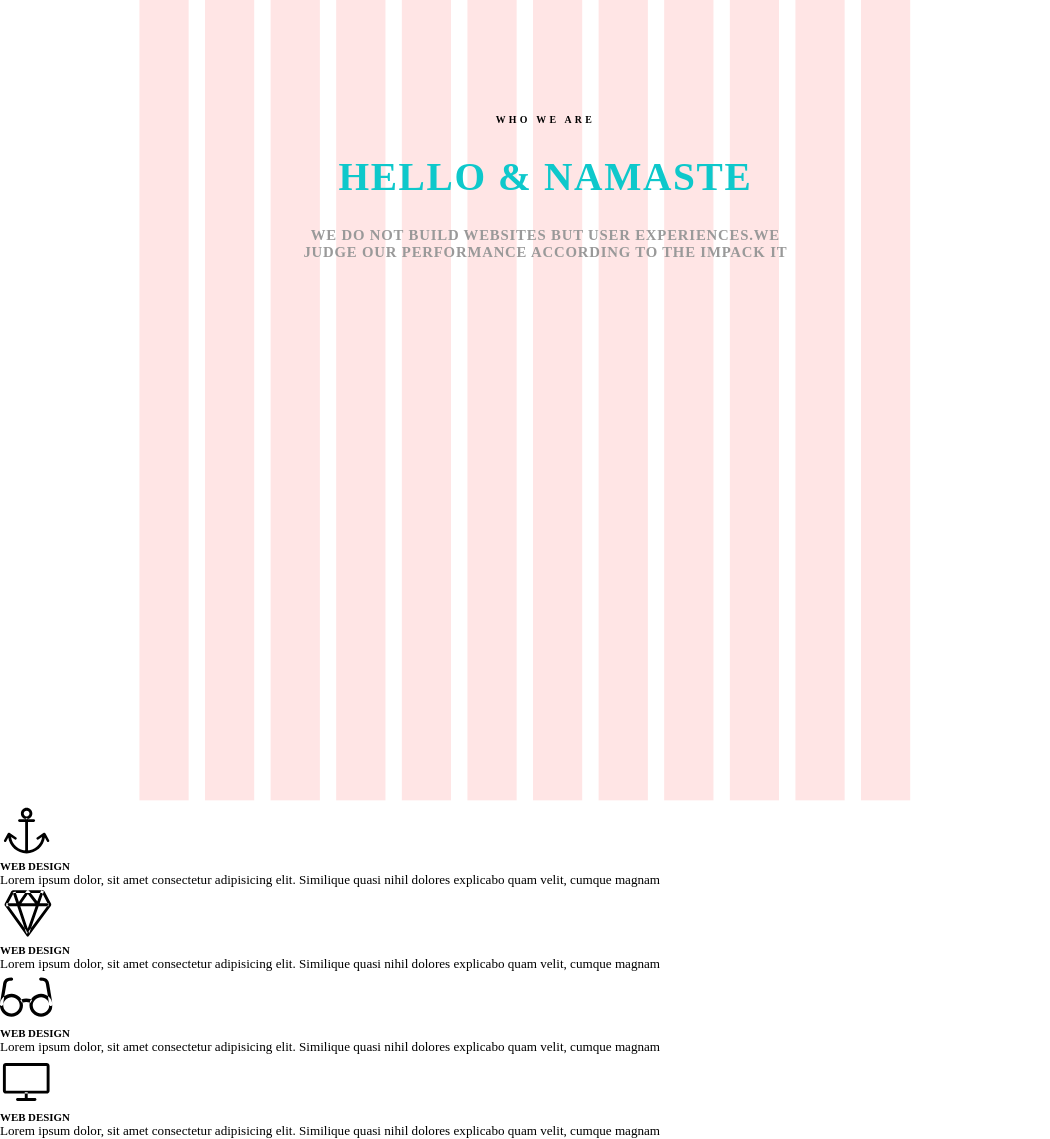
Repository: shpakovskaya/github.io
Page: boxsizing/namastegreen/index.html
An editor plug-in stored every save of this project. The page is shown before and after the next save, followed by the edit.
The browser window is 1280 px wide. The pictures show the whole page, at 82% of full size.

Above is the page before, as saved 2021-11-20 19:41:01.

After the next save:
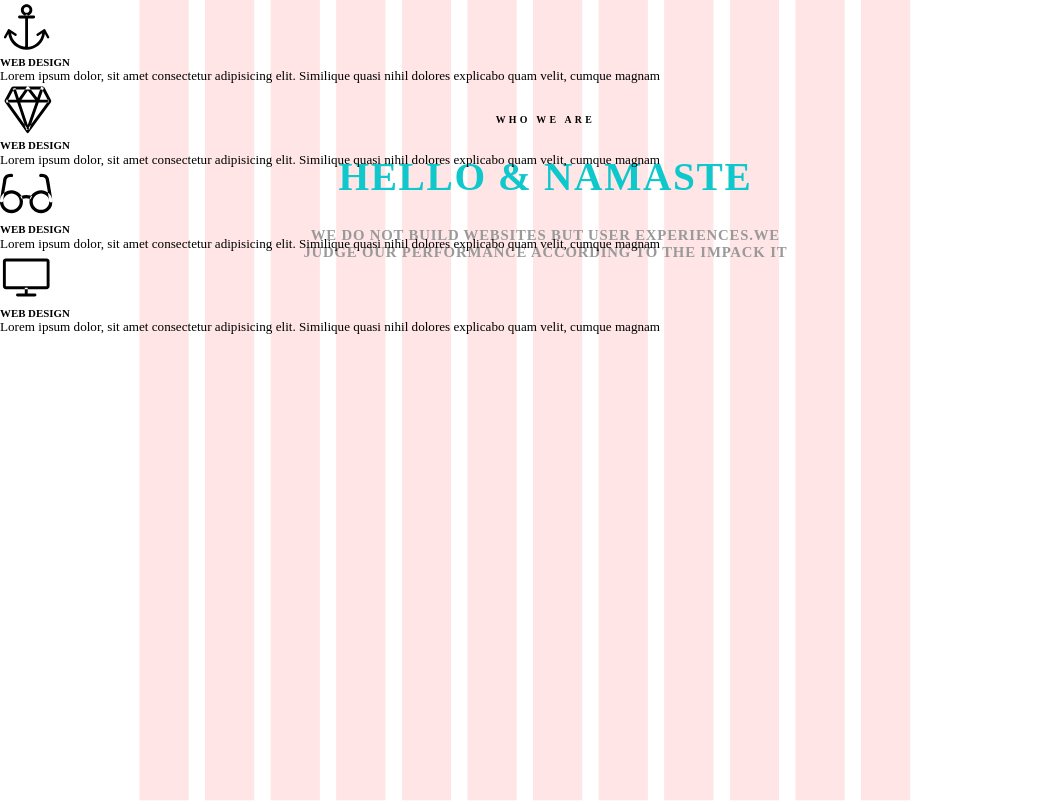
Saved 2 min 46 s later.
--- a/boxsizing/namastegreen/style.css
+++ b/boxsizing/namastegreen/style.css
@@ -47,8 +47,11 @@
 
 /* Items */
 .wrapper {
+  position: absolute;
+  top: 0px;
   display: block;
 }
+
 #Anchor:hover {
   fill: blue;
 }
